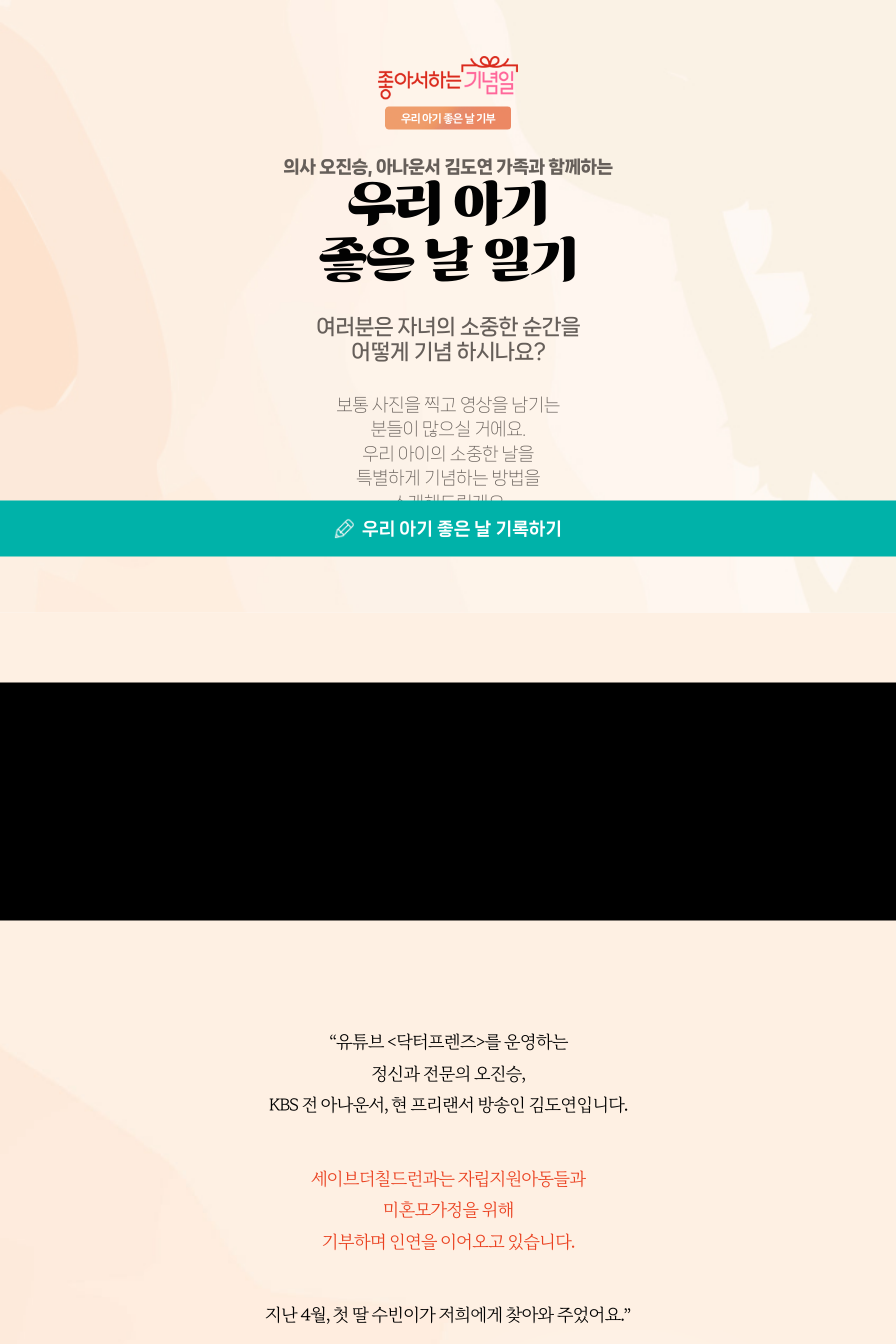
Repository: dlgywls1130/saveTheChildren_2024
Page: index.html
These files come from the project's save history. The page is drawn as it stood at one moment and after the next save; the edit follows.
The browser window is 1280 px wide. The pictures show the part of the page from y = 0 to 1920 px (the page is 18608 px tall before and 18648 px after), at 70% of full size.
Some web fonts or font styles are not loaded; a fallback is used. The style sheet was rebuilt from its Sass, Less or Tailwind sources for each picture, by a compiler version that may differ from the author's.

Above is the page before, as saved 2024-11-03 22:40:00.

After the next save:
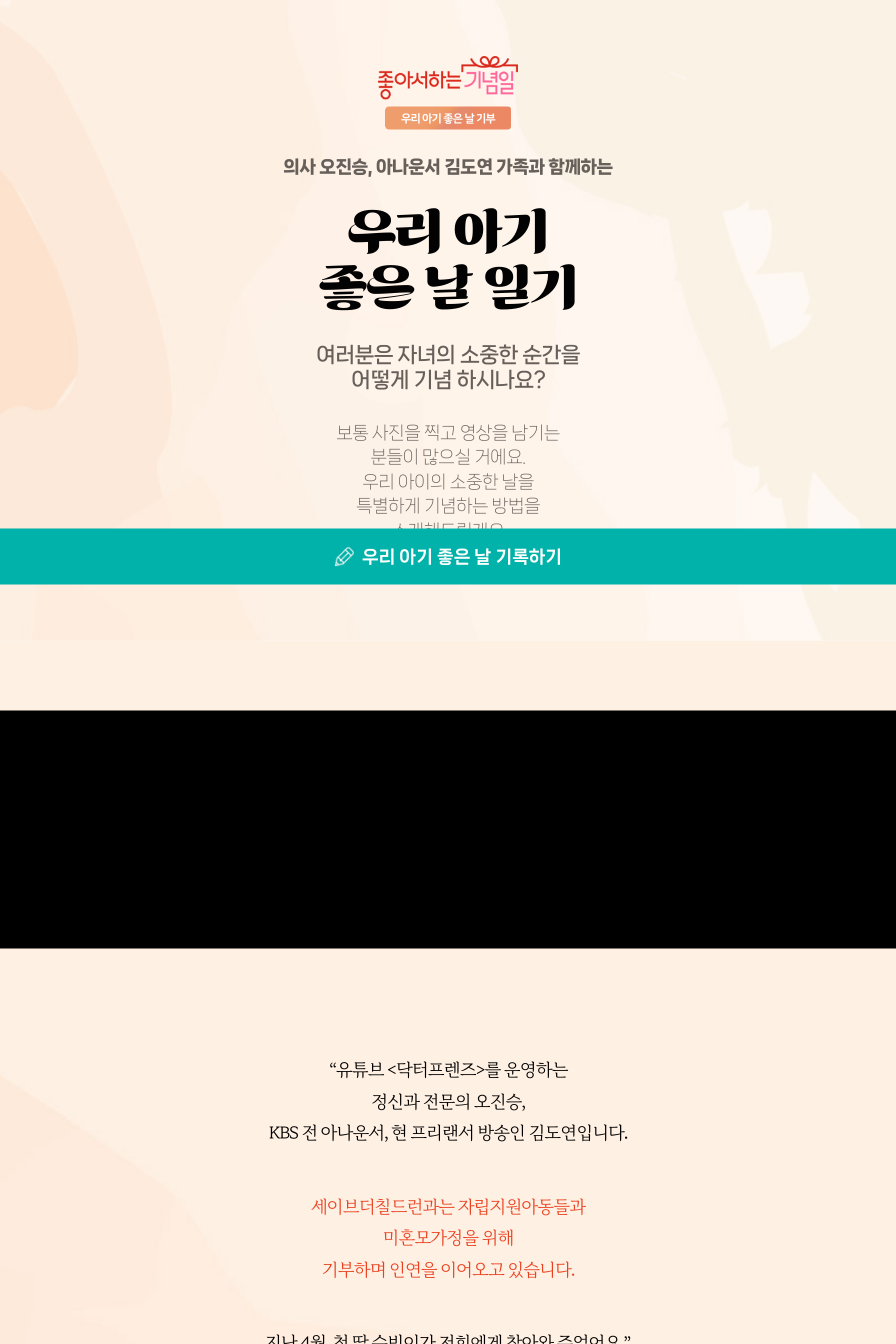
Saved 14 s later.
--- a/index.html
+++ b/index.html
@@ -18,7 +18,7 @@
                 <p>우리 아기 좋은 날 기부</p>
             </div>
 
-            <p class="sub_title mb-45">
+            <p class="sub_title mb-40">
                 의사 오진승, 아나운서 김도연 가족과 함께하는
             </p>
 
